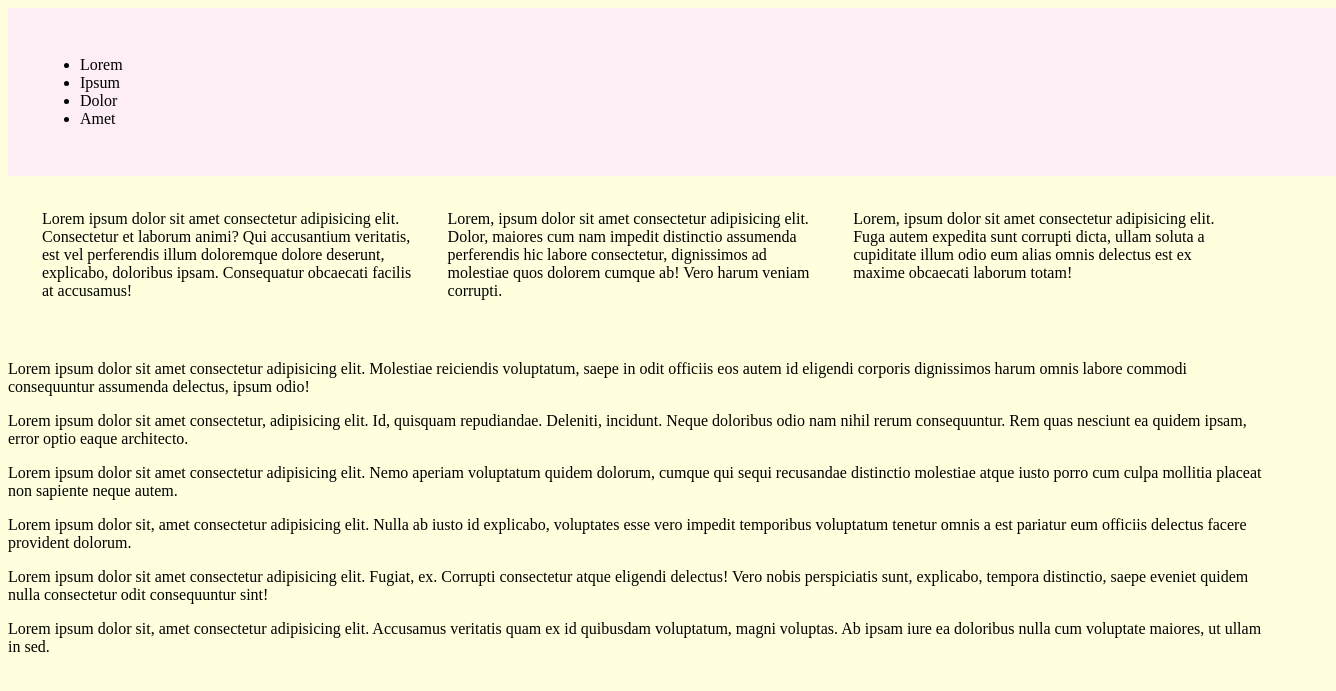
Repository: HTML-a-CSS-2/projekt-portfolio-Angelina555555
Page: .github/index.html
An editor plug-in stored every save of this project. The page is shown before and after the next save, followed by the edit.
The browser window is 1280 px wide. The page is 1336 px wide, so the pictures cover 1336 px, including what lies to the right of the window. The pictures show the whole page.

Above is the page before, as saved 2022-05-07 22:41:33.

### .github/index.html
<!DOCTYPE html>
<html lang="en">
  <head>
    <meta charset="UTF-8" />
    <meta http-equiv="X-UA-Compatible" content="IE=edge" />
    <meta name="viewport" content="width=device-width, initial-scale=1.0" />
    <link rel="stylesheet" href="default.css" />
    <title>Document</title>
  </head>
  <body>
    <div class="menu">
      <ul id="menu">
        <li>Lorem</li>
        <li>Ipsum</li>
        <li>Dolor</li>
        <li>Amet</li>
      </ul>
    </div>
    <div class="article">
      <div class="article__element-jeden">
        Lorem ipsum dolor sit amet consectetur adipisicing elit. Consectetur et
        laborum animi? Qui accusantium veritatis, est vel perferendis illum
        doloremque dolore deserunt, explicabo, doloribus ipsam. Consequatur
        obcaecati facilis at accusamus!
      </div>
      <div class="article__element-dva">
        Lorem, ipsum dolor sit amet consectetur adipisicing elit. Dolor, maiores
        cum nam impedit distinctio assumenda perferendis hic labore consectetur,
        dignissimos ad molestiae quos dolorem cumque ab! Vero harum veniam
        corrupti.
      </div>
      <div class="article__element-tri">
        Lorem, ipsum dolor sit amet consectetur adipisicing elit. Fuga autem
        expedita sunt corrupti dicta, ullam soluta a cupiditate illum odio eum
        alias omnis delectus est ex maxime obcaecati laborum totam!
      </div>
    </div>
    <div class="age">
      <p class="age__element-ctyri">
        Lorem ipsum dolor sit amet consectetur adipisicing elit. Molestiae
        reiciendis voluptatum, saepe in odit officiis eos autem id eligendi
        corporis dignissimos harum omnis labore commodi consequuntur assumenda
        delectus, ipsum odio!
      </p>
      <p class="age__element-pet">
        Lorem ipsum dolor sit amet consectetur, adipisicing elit. Id, quisquam
        repudiandae. Deleniti, incidunt. Neque doloribus odio nam nihil rerum
        consequuntur. Rem quas nesciunt ea quidem ipsam, error optio eaque
        architecto.
      </p>
    </div>
    <div class="leader">
      <p class="leader__element-sest">
        Lorem ipsum dolor sit amet consectetur adipisicing elit. Nemo aperiam
        voluptatum quidem dolorum, cumque qui sequi recusandae distinctio
        molestiae atque iusto porro cum culpa mollitia placeat non sapiente
        neque autem.
      </p>
      <p class="leader__element-sedm">
        Lorem ipsum dolor sit, amet consectetur adipisicing elit. Nulla ab iusto
        id explicabo, voluptates esse vero impedit temporibus voluptatum tenetur
        omnis a est pariatur eum officiis delectus facere provident dolorum.
      </p>
    </div>
    <div class="blok-posledni">
      <p class="blok-posledni__element-osm">
        Lorem ipsum dolor sit amet consectetur adipisicing elit. Fugiat, ex.
        Corrupti consectetur atque eligendi delectus! Vero nobis perspiciatis
        sunt, explicabo, tempora distinctio, saepe eveniet quidem nulla
        consectetur odit consequuntur sint!
      </p>
      <p class="blok-posledni__element-devet">
        Lorem ipsum dolor sit, amet consectetur adipisicing elit. Accusamus
        veritatis quam ex id quibusdam voluptatum, magni voluptas. Ab ipsam iure
        ea doloribus nulla cum voluptate maiores, ut ullam in sed.
      </p>
    </div>
  </body>
</html>

### .github/default.css
body {
  background-color: #ffffdd;
}

.menu {
  width: 100%;
  background-color: #fdedf5;
  padding: 2rem;
}

.article {
  padding: 1rem;
  display: flex;
  flex-wrap: wrap;
}

.article__element-jeden,
.article__element-dva,
.article__element-tri {
  padding: 1rem 1rem;
  margin: 2px;
  width: 30%;
  height: 100px;
}

After the next save:
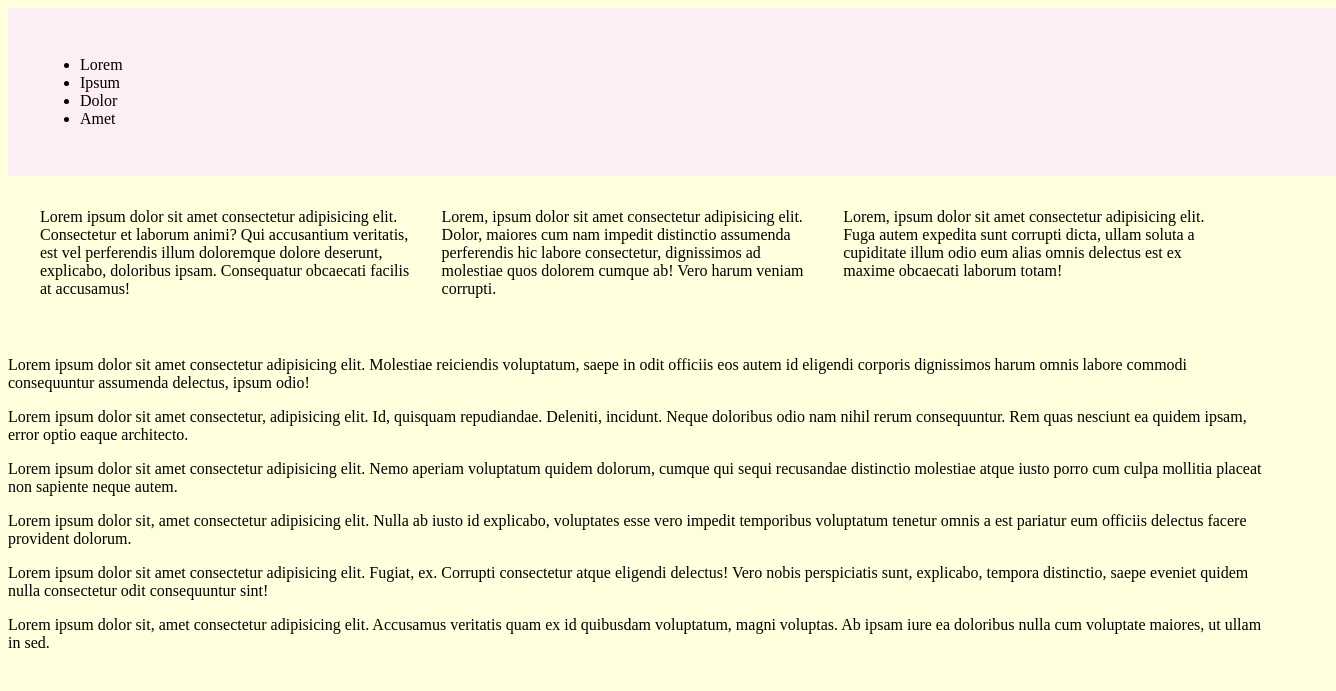
Saved 12 s later.
--- a/.github/default.css
+++ b/.github/default.css
@@ -18,7 +18,7 @@ body {
 .article__element-dva,
 .article__element-tri {
   padding: 1rem 1rem;
-  margin: 2px;
+
   width: 30%;
   height: 100px;
 }
